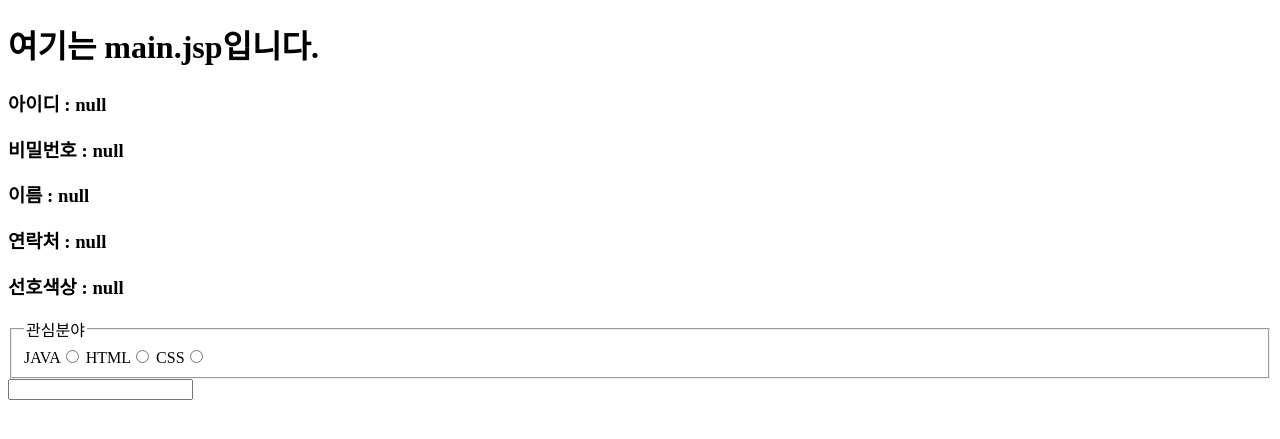
Repository: dychung1021/newrepository
Page: http://localhost/JSP05/main.jsp
These files come from the project's save history. The page is drawn as it stood at one moment and after the next save; the edit follows.
The browser window is 1280 px wide. The pictures show the whole page.
The page is served by Tomcat 9.

Above is the page before, as saved 2024-05-10 05:11:45.
Console error: TypeError: document.getElementByTagName is not a function

After the next save:
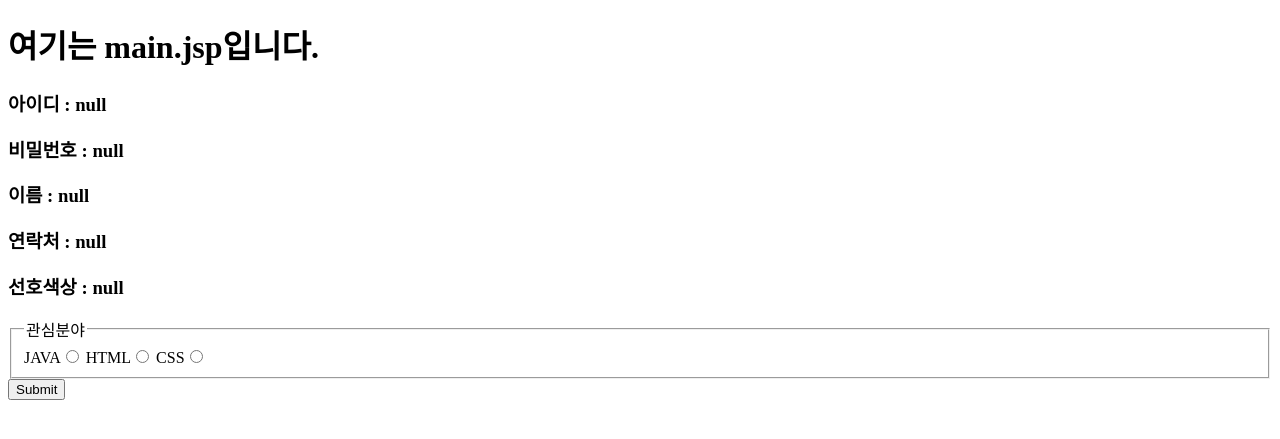
Saved 22 s later.
--- a/JSP/JSP05/src/main/webapp/main.jsp
+++ b/JSP/JSP05/src/main/webapp/main.jsp
@@ -30,6 +30,6 @@
 			var user=document.getElementByTagName("h3")[0];
 			user.setAttribute("style", "color:<%=bg%>");
 		</script>
-		<input type'"submit">
+		<input type="submit">
 	</body>
 </html>
